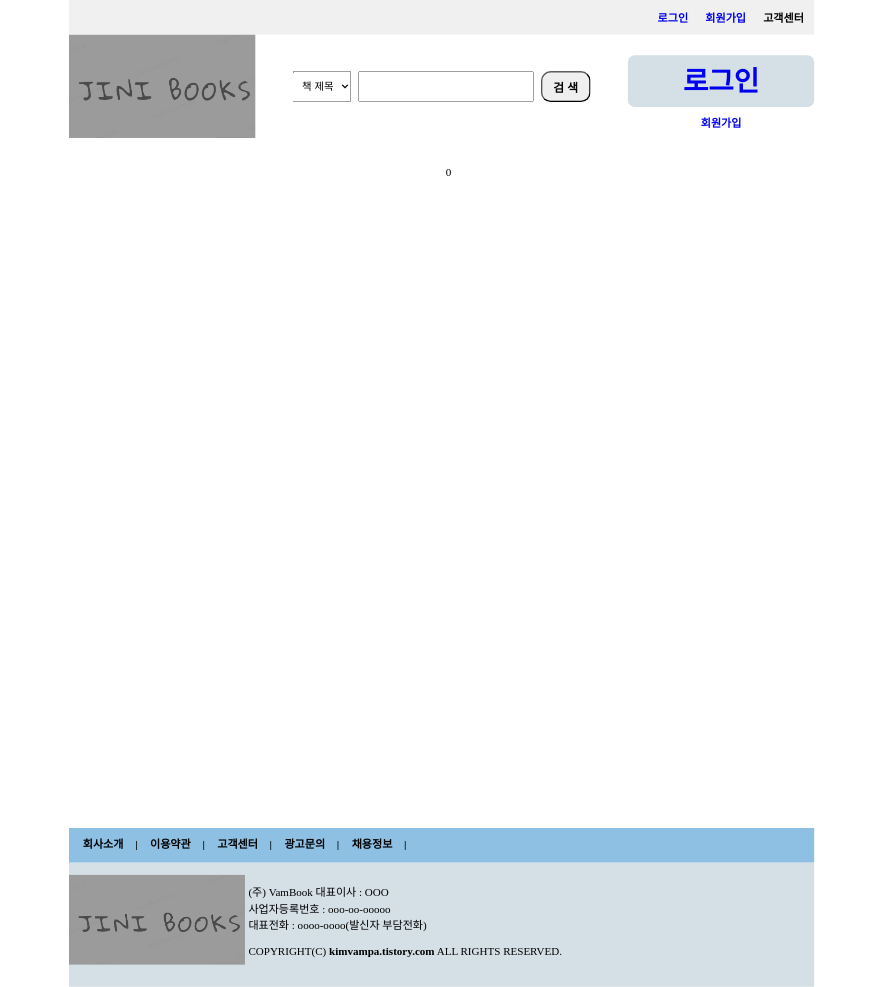
Repository: leechanjin7/ShoppingMall
Page: http://localhost/ShoppingMall/WEB-INF/views/search.jsp
These files come from the project's save history. The page is drawn as it stood at one moment and after the next save; the edit follows.
The browser window is 1280 px wide. The pictures show the whole page, at 69% of full size.
The page is served by Tomcat 9. Nobody is signed in. The template is opened directly, without the code that normally fills it, so the values that code supplies are empty.

Above is the page before, as saved 2023-09-12 01:25:23.

After the next save:
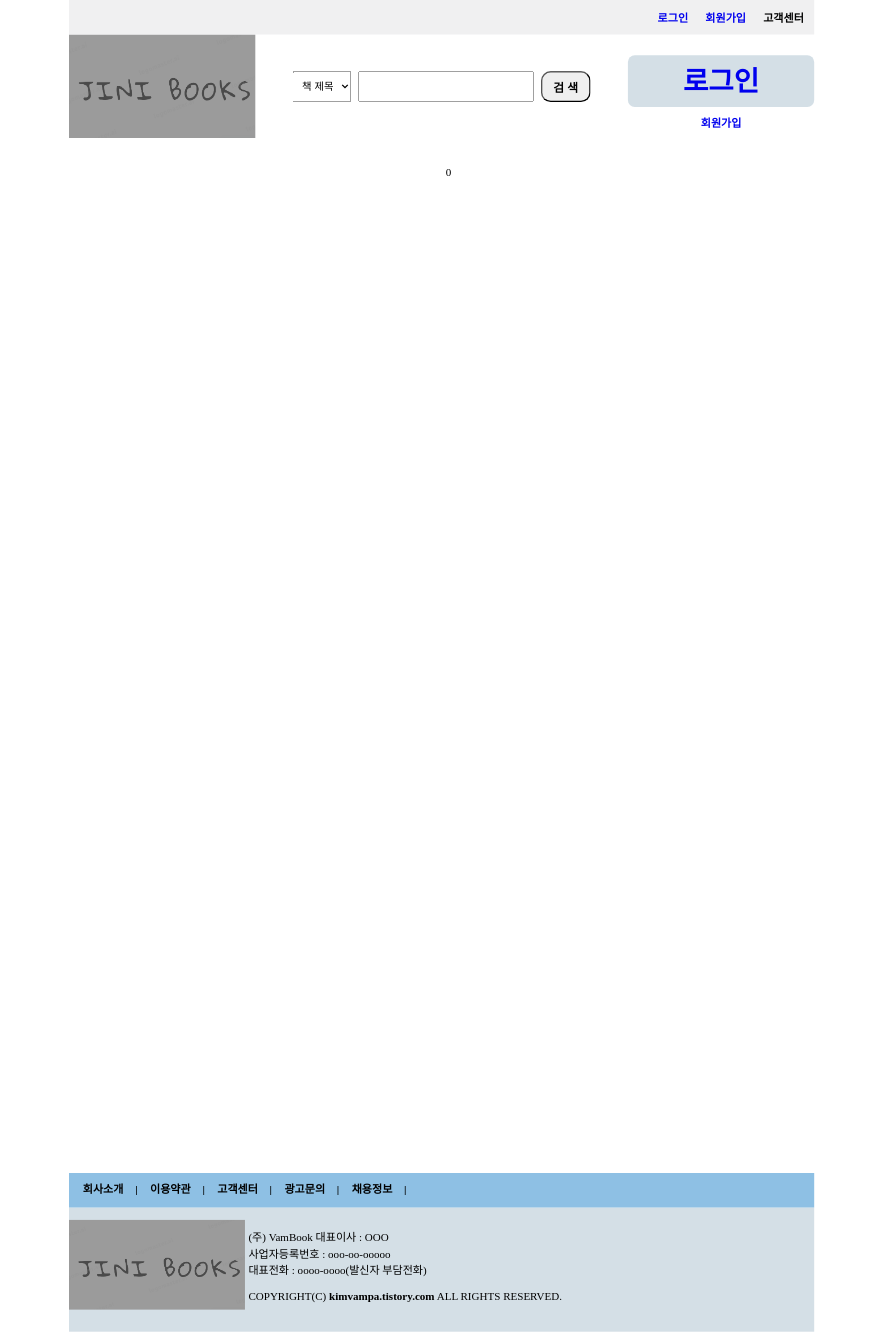
Saved 13 s later.
--- a/workspace/ShoppingMall/src/main/webapp/resources/css/search.css
+++ b/workspace/ShoppingMall/src/main/webapp/resources/css/search.css
@@ -292,6 +292,7 @@ a {
 	height: 50px;
 	position : relative;
 	clear : both;
+	margin-top:500px;
 }
 
 .footer_nav_container {
